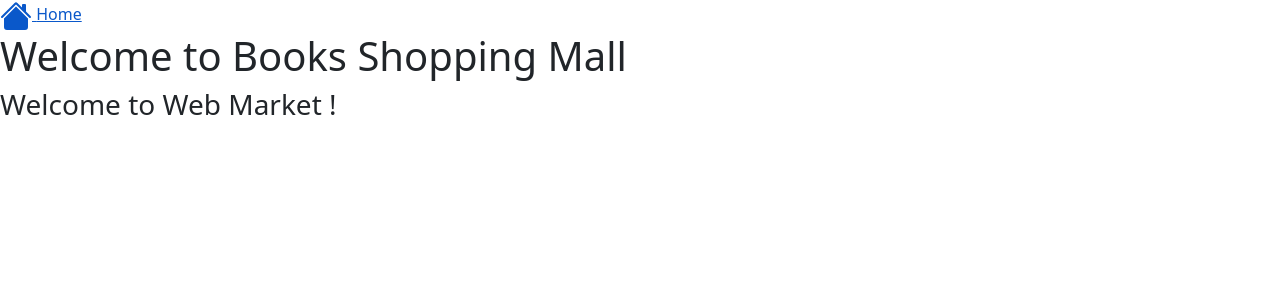
Repository: man332414/myJspStudy
Page: http://localhost/bookmarket/
These files come from the project's save history. The page is drawn as it stood at one moment and after the next save; the edit follows.
The browser window is 1280 px wide. The pictures show the whole page.
The page is served by Tomcat 10.

Above is the page before, as saved 2024-10-08 02:28:49.

After the next save:
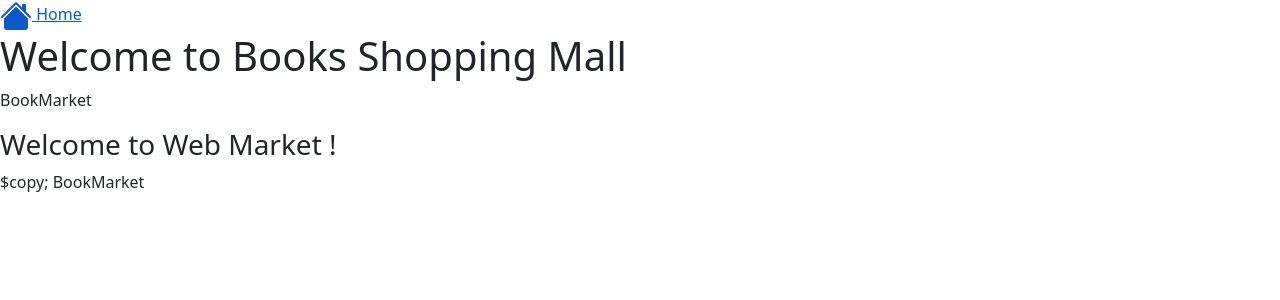
Saved 2 min 52 s later.
--- a/bookmarket/src/main/webapp/welcome.jsp
+++ b/bookmarket/src/main/webapp/welcome.jsp
@@ -18,12 +18,29 @@
 				<span>Home</span>
 			</a>
 		</header>
-			<%!
-				String greeting = "Welcome to Books Shopping Mall";
-				String tagline = "Welcome to Web Market !";
-			%>
-			<h1><%=greeting %></h1>
-			<h3><%=tagline %></h3>
+		<%!
+			String greeting = "Welcome to Books Shopping Mall";
+			String tagline = "Welcome to Web Market !";
+		%>
+		<div>
+			<div>
+				<h1><%=greeting %></h1>
+				<p>BookMarket</p>
+			</div>
+		</div>
+
+		<div>
+			<div>
+				<div>
+					<h3><%=tagline %></h3>
+				</div>
+			</div>
+		</div>
+
+		<footer>
+			$copy; BookMarket
+		</footer>
+
 	</div>
 </body>
 </html>
